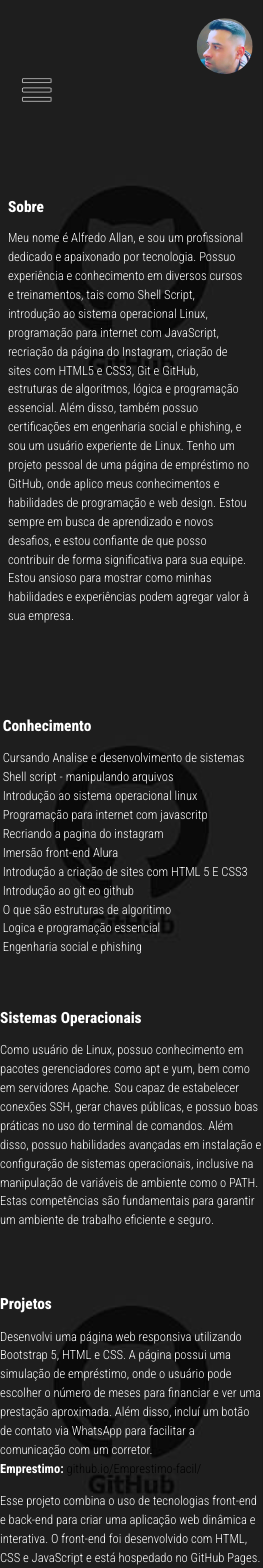
Repository: alfredo-allan/Portfolio
Page: index.html
An editor plug-in stored every save of this project. The page is shown before and after the next save, followed by the edit.
The browser window is 375 px wide. The pictures show the part of the page from y = 0 to 2240 px (the page is 4315 px tall before and 4294 px after), at 70% of full size.
Backgrounds fixed to the window are drawn as part of the page.

Above is the page before, as saved 2024-05-30 19:50:57.

### index.html
<!DOCTYPE html>
<html lang="pt-BR">
  <head>
    <meta charset="UTF-8" />
    <meta name="viewport" content="width=device-width, initial-scale=1.0" />
    <link
      rel="stylesheet"
      href="https://stackpath.bootstrapcdn.com/bootstrap/4.1.3/css/bootstrap.min.css"
      integrity="sha384-MCw98/SFnGE8fJT3GXwEOngsV7Zt27NXFoaoApmYm81iuXoPkFOJwJ8ERdknLPMO"
      crossorigin="anonymous"
    />
    <link rel="stylesheet" href="./src/assets/styles/home.css" />
    <link
      href="https://fonts.googleapis.com/css2?family=Roboto+Condensed:ital,wght@0,100..900;1,100..900&display=swap"
      rel="stylesheet"
    />

    <title>Portfolio</title>
    <div class="foto-perfil">
      <img src="./src/assets/images/foto-perfil.jpeg" alt="Minha Foto" />
    </div>
    <div id="menu-options">
      <ul>
        <span id="close-icon">X</span>
        <br />
        <li><a href="#Sobre">Sobre</a></li>
        <li><a href="#Conhecimento">Conhecimento</a></li>
        <li><a href="#Contato">Contato</a></li>
        <li><a href="#Projetos">Projetos</a></li>
        <li><a href="#Atividades">Atividades Faculdade</a></li>
        <li><a href="./curriculo.html">Currículo</a></li>
      </ul>
    </div>

    <header>
      <img id="menu-icon" src="./src/assets/images/barra-menu.png" alt="" />

      <!-- <img id="cha" src="./img/marijuana.png" alt="" />
        <img id="po" src="./img/cocaina.png" alt="" />
        <img id="bala" src="./img/mdma.png" alt="" />
        <img id="lsd" src="./img/lsd.png" alt="" />
        <img id="ghb" src="./img/ghb.png" alt="" /> -->
    </header>
    <div class="container" id="Sobre">
      <h2>Sobre</h2>
      <p>
        Meu nome é Alfredo Allan, e sou um profissional dedicado e apaixonado
        por tecnologia. Possuo experiência e conhecimento em diversos cursos e
        treinamentos, tais como Shell Script, introdução ao sistema operacional
        Linux, programação para internet com JavaScript, recriação da página do
        Instagram, criação de sites com HTML5 e CSS3, Git e GitHub, estruturas
        de algoritmos, lógica e programação essencial. Além disso, também possuo
        certificações em engenharia social e phishing, e sou um usuário
        experiente de Linux. Tenho um projeto pessoal de uma página de
        empréstimo no GitHub, onde aplico meus conhecimentos e habilidades de
        programação e web design. Estou sempre em busca de aprendizado e novos
        desafios, e estou confiante de que posso contribuir de forma
        significativa para sua equipe. Estou ansioso para mostrar como minhas
        habilidades e experiências podem agregar valor à sua empresa.
      </p>
    </div>
    <div id="Conhecimento">
      <h2>Conhecimento</h2>
      <p>
        Cursando Analise e desenvolvimento de sistemas <br />
        Shell script - manipulando arquivos <br />
        Introdução ao sistema operacional linux <br />
        Programação para internet com javascritp <br />
        Recriando a pagina do instagram <br />
        Imersão front-end Alura <br />
        Introdução a criação de sites com HTML 5 E CSS3 <br />
        Introdução ao git eo github <br />
        O que são estruturas de algoritimo <br />
        Logica e programação essencial <br />
        Engenharia social e phishing <br />
      </p>
    </div>

    <div id="sistemas">
      <h2>Sistemas Operacionais</h2>
      <p>
        Como usuário de Linux, possuo conhecimento em pacotes gerenciadores como
        apt e yum, bem como em servidores Apache. Sou capaz de estabelecer
        conexões SSH, gerar chaves públicas, e possuo boas práticas no uso do
        terminal de comandos. Além disso, possuo habilidades avançadas em
        instalação e configuração de sistemas operacionais, inclusive na
        manipulação de variáveis de ambiente como o PATH. Estas competências são
        fundamentais para garantir um ambiente de trabalho eficiente e seguro.
      </p>
    </div>
    <div id="Projetos">
      <h2>Projetos</h2>
      <p>
        Desenvolvi uma página web responsiva utilizando Bootstrap 5, HTML e CSS.
        A página possui uma simulação de empréstimo, onde o usuário pode
        escolher o número de meses para financiar e ver uma prestação
        aproximada. Além disso, incluí um botão de contato via WhatsApp para
        facilitar a comunicação com um corretor. <br />
        <strong>Emprestimo:</strong
        ><a href="https://allan-mecanico.github.io/Emprestimo-facil/index.html">
          github.io/Emprestimo-facil/
        </a>
      </p>
      <p>
        Esse projeto combina o uso de tecnologias front-end e back-end para
        criar uma aplicação web dinâmica e interativa. O front-end foi
        desenvolvido com HTML, CSS e JavaScript e está hospedado no GitHub
        Pages. Já o back-end foi feito em Python com o framework Flask e está
        hospedado no PythonAnywhere, onde é utilizado como um servidor de um
        banco de dados SQLite. A aplicação conta com rotas para criar, deletar e
        atualizar dados de forma eficiente e segura. Este projeto exemplifica
        minha habilidade em desenvolver soluções completas e funcionais,
        integrando diferentes tecnologias para criar uma experiência de usuário
        eficaz e completa a pagina possi somente responsividade mobile. <br />
        <strong>Ketlyn Lash Designer:</strong
        ><a href="https://allan-mecanico.github.io/Lash-Designer/">
          github.io/Lash-Designer/
        </a>
      </p>
      <p>
        <strong>Controle de Datas de Validade de Produtos Frutap</strong>
        O projeto de controle de datas de validade de produtos Frutap é um
        sistema abrangente desenvolvido para gerenciar a validade de produtos em
        supermercados. A seguir, apresento um resumo das principais
        funcionalidades e características do sistema:

        <strong>Funcionalidades Principais</strong>
        Cadastro de Supermercados: Os supermercados podem ser cadastrados no
        sistema, e o nome dos mercados é automaticamente preenchido
        (autocompletar) para facilitar o processo de entrada de dados. Gestão de
        Produtos por Código EAN: O sistema utiliza códigos EAN para identificar
        os produtos. Ao digitar o código EAN, o sistema recupera e exibe a
        descrição do produto a partir de um arquivo JSON, garantindo precisão e
        agilidade no cadastro e consulta. Controle de Datas de Validade: Os
        produtos têm suas datas de validade monitoradas de maneira eficiente. O
        sistema alerta sobre produtos que estão prestes a vencer, ajudando os
        supermercados a gerenciar melhor seus estoques e reduzir perdas.
        <strong>Operações CRUD (Create, Read, Update, Delete):</strong>

        <strong>Criação:</strong> Novos produtos e supermercados podem ser
        adicionados ao sistema. <strong>Leitura:</strong> Consultas podem ser
        realizadas para visualizar informações de produtos e supermercados
        cadastrados. <strong>Atualização:</strong> As informações existentes
        podem ser atualizadas conforme necessário.
        <strong>Exclusão:</strong> Produtos e supermercados podem ser removidos
        do sistema, mantendo os dados atualizados. Tecnologia Utilizada JSON:
        Utilizado para armazenar e gerenciar dados de produtos e supermercados
        de forma estruturada e fácil de manipular. Autocompletar: Implementado
        para melhorar a usabilidade no cadastro de supermercados. Benefícios
        Eficiência: Automatiza o controle de datas de validade, reduzindo a
        necessidade de verificações manuais. Precisão: Garante que as
        informações sobre produtos estejam sempre atualizadas e precisas.
        Usabilidade: Facilita o cadastro e a consulta de informações com o
        autocompletar e a recuperação de dados pelo código EAN.
        <strong>Conclusão</strong>
        Este sistema de controle de datas de validade de produtos Frutap é uma
        solução robusta e eficiente para a gestão de estoques em supermercados,
        proporcionando uma maneira prática e confiável de monitorar a validade
        dos produtos e otimizar a operação dos estabelecimentos.
        <strong>Controle De Datas Frutap</strong>
        <a href="https://allan-mecanico.github.io/ControleDeDatasFrontEnd/"
          >github.io/ControleDeDatasFrontEnd/</a
        >
      </p>
    </div>
    <div id="Atividades">
      <p>
        Nome: Alfredo e Gustavo <br />
        Data: 05/04/2024 <br />
        <a href="https://zenodo.org/records/10929316"
          >Desenvolvimento web e Sistemas operacionais <br />
          DOI:10.5281/zenodo.10929316</a
        >
      </p>
    </div>
    <div id="Contato">
      <h2>Contato</h2>

      <p>
        <strong>Email:</strong> allan.teixeira92@gmail.com <br />
        <strong>Linkedln:</strong
        ><a
          href="https://www.linkedin.com/in/alfredo-allan-teixeira-ba2701149/"
        >
          www.linkedin.com/in/alfredo-allan-teixeira <br
        /></a>

        <strong>Github:</strong
        ><a href="https://github.com/allan-mecanico">
          github.com/allan-mecanico<br
        /></a>
        <strong>WhatsApp:</strong
        ><a href="https://api.whatsapp.com/send?phone=5511913311054">
          (11) 91331-1054<br
        /></a>
      </p>
    </div>
  </head>
  <body>
    <script>
      const menuIcon = document.getElementById("menu-icon");
      const menuOptions = document.getElementById("menu-options");
      const closeIcon = document.getElementById("close-icon");

      menuIcon.addEventListener("click", function () {
        if (menuOptions.style.display === "none") {
          menuOptions.style.display = "block";
        } else {
          menuOptions.style.display = "none";
        }
      });

      closeIcon.addEventListener("click", function () {
        menuOptions.style.display = "none";
      });
    </script>
  </body>
</html>

### src/assets/styles/home.css
:root {
  --roboto-condensed: "Roboto Condensed", sans-serif;
}

body {
  font-family: var(--roboto-condensed);
  background-color: rgb(26, 24, 24);
  background-position: center;
  background-size: cover;
}

@media (min-width: 310px) and (max-width: 480px) {
  body {
    background-image: url("../images/git-img.jpg");
    background-repeat: no-repeat;
    background-attachment: fixed;
  }
}

.menu ul {
  font-size: 1.5rem;
  font-weight: 600;
  margin-top: -14%;
  margin-right: 4%;
  text-align: right;
  list-style: none;
  li {
    margin-right: 12px;
    display: inline-block;
  }
}

@media only screen and (min-width: 310px) and (max-width: 450px) {
  .menu ul {
  }
}

.foto-perfil {
  margin-top: 1%;
  margin-left: 80%;
  width: 200px;
  height: 200px;
  border-radius: 50%;
  overflow: hidden;
}

.foto-perfil img {
  width: 100%;
  height: 100%;
  object-fit: cover;
}

@media only screen and (min-width: 310px) and (max-width: 450px) {
  .foto-perfil {
    width: 80px;
    height: 80px;
    margin-left: 75%;
    margin-top: 7%;
  }
}

#Sobre {
  color: white;
  margin-top: 30%;
  margin-left: 9%;
  h2 {
    font-weight: 1000;
    font-size: 35px;
    font-weight: 800;
  }
  p {
    font-weight: 300;
    margin-top: 5%;
    font-size: 25px;
    font-family: var(--roboto-condensed);
    width: 100%; /* Define a largura desejada */
    font-weight: 600;
  }
}

@media only screen and (min-width: 310px) and (max-width: 450px) {
  #Sobre {
    margin-left: -1%;
    margin-top: 35%;
    h2 {
      color: white;
      font-size: 22px;
      font-weight: 800;
    }
    p {
      color: white;
      margin-top: 5%;
      font-size: 18px;
      font-family: var(--roboto-condensed);
      width: 100%; /* Define a largura desejada */
      font-weight: 350;
    }
  }
}

@media screen and (min-width: 310px) and (max-width: 450px) {
  #menu-icon {
  }
}

#Conhecimento {
  color: white;
  margin-top: 15%;
  margin-left: 9%;
  h2 {
    font-size: 35px;
    font-weight: 800;
  }
  p {
    margin-top: 5%;
    font-size: 25px;
    font-family: var(--roboto-condensed);
    width: 90%; /* Define a largura desejada */
    font-weight: 600;
  }
}

@media only screen and (min-width: 310px) and (max-width: 450px) {
  #Conhecimento {
    margin-left: 1%;
    margin-top: 35%;
    h2 {
      color: white;
      font-size: 22px;
      font-weight: 800;
    }
    p {
      color: white;
      margin-top: 5%;
      font-size: 18px;
      font-family: var(--roboto-condensed);
      width: 100%; /* Define a largura desejada */
      font-weight: 350;
    }
  }
}
#sistemas {
  color: white;
  margin-top: 15%;
  margin-left: 9%;
  h2 {
    font-size: 35px;
    font-weight: 800;
  }
  p {
    margin-top: 5%;
    font-size: 25px;
    font-family: var(--roboto-condensed);
    width: 90%; /* Define a largura desejada */
    font-weight: 600;
  }
}

@media only screen and (min-width: 310px) and (max-width: 450px) {
  #sistemas {
    margin-left: -0%;
    margin-top: 20%;
    h2 {
      font-size: 22px;
      font-weight: 800;
    }
    p {
      margin-top: 5%;
      font-size: 18px;
      font-family: var(--roboto-condensed);
      width: 100%; /* Define a largura desejada */
      font-weight: 350;
    }
  }
}

#Projetos {
  color: white;
  margin-top: 15%;
  margin-left: 9%;
  h2 {
    font-size: 35px;
    font-weight: 800;
  }
  p {
    margin-top: 5%;
    font-size: 25px;
    font-family: var(--roboto-condensed);
    width: 90%; /* Define a largura desejada */
    font-weight: 600;
  }
}

@media only screen and (min-width: 310px) and (max-width: 450px) {
  #Projetos {
    margin-left: -0%;
    margin-top: 25%;
    h2 {
      font-size: 22px;
      font-weight: 800;
    }
    p {
      color: white;
      margin-top: 5%;
      font-size: 18px;
      font-family: var(--roboto-condensed);
      width: 100%; /* Define a largura desejada */
      font-weight: 350;
    }
  }
}

#Atividades {
  color: white;
  margin-top: 15%;
  margin-left: 9%;
  h2 {
    font-size: 35px;
    font-weight: 800;
  }
  p {
    margin-top: 5%;
    font-size: 25px;
    font-family: var(--roboto-condensed);
    width: 90%; /* Define a largura desejada */
    font-weight: 600;
  }
}

@media only screen and (min-width: 310px) and (max-width: 450px) {
  #Atividades {
    margin-left: -0%;
    margin-top: 25%;
    h2 {
      font-size: 22px;
      font-weight: 800;
    }
    p {
      color: white;
      margin-top: 5%;
      font-size: 18px;
      font-family: var(--roboto-condensed);
      width: 100%; /* Define a largura desejada */
      font-weight: 350;
    }
  }
}

#Contato {
  color: white;
  margin-top: 15%;
  margin-left: 9%;
  h2 {
    font-size: 35px;
    font-weight: 800;
  }
  p {
    margin-top: 5%;
    font-size: 25px;
    font-family: var(--roboto-condensed);
    width: 90%; /* Define a largura desejada */
    font-weight: 600;
  }
}

@media only screen and (min-width: 310px) and (max-width: 450px) {
  #Contato {
    margin-top: 25%;
    margin-left: 0%;
    h2 {
      font-size: 22px;
      font-weight: 800;
    }
    p {
      width: 100%;
      margin-top: 5%;
      font-size: 18px;
      font-family: var(--roboto-condensed);
      font-weight: 350;
    }
  }
}

#menu-icon {
  margin-left: 30px;
  width: 45px;
}

a {
  color: white;
  text-decoration: none; /* Remove o sublinhado */
}

#menu-options {
  display: none;
  position: absolute;
  top: 0;
  left: 0;
  margin-top: 0px;
  width: 20%;
  height: 52vh;
  background-color: white;
  z-index: 999;
  font-weight: 900;
  border-bottom-right-radius: 10%;
  color: white;
  letter-spacing: 2px;
}

a {
  text-decoration: none; /* Remove o sublinhado */
  color: black;
}

#close-icon {
  color: black;
  margin-left: 215px;
  position: absolute;
  margin-top: 10px;
}

#menu-options ul {
  list-style: none;
  padding: 0;
  margin-left: 10px;
  font-size: 20px;
}

#menu-options ul li {
  padding: 10px;
  /* border-bottom: 1px solid white; */
}

After the next save:
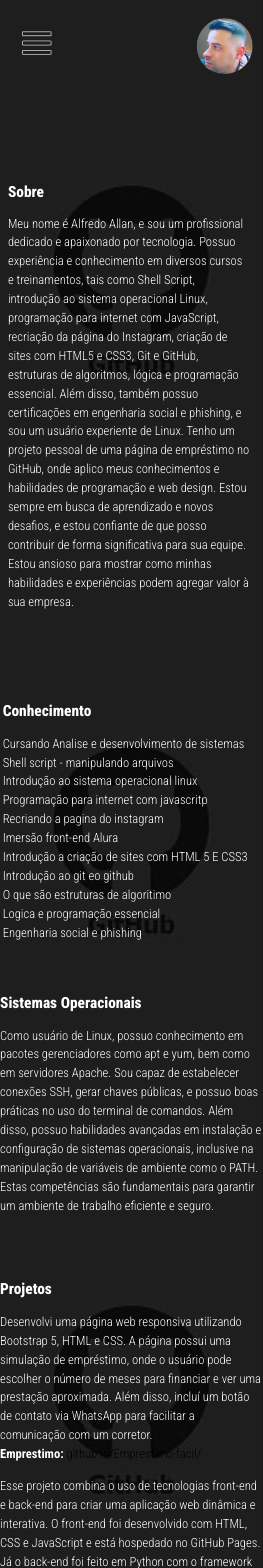
Saved 65 s later.
--- a/src/assets/styles/home.css
+++ b/src/assets/styles/home.css
@@ -100,6 +100,7 @@ body {
 
 @media screen and (min-width: 310px) and (max-width: 450px) {
   #menu-icon {
+    margin-top: -115px;
   }
 }
 
